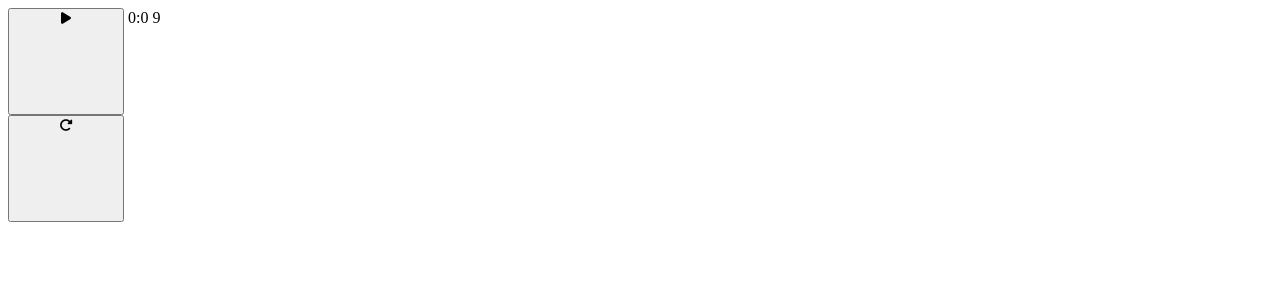
Repository: yoon-dh/JS_Prac
Page: carrot_game/index.html
An editor plug-in stored every save of this project. The page is shown before and after the next save, followed by the edit.
The browser window is 1280 px wide. The pictures show the whole page.
Some web libraries are served in a nearby version.

Above is the page before, as saved 2023-06-23 21:16:05.

### carrot_game/index.html
<!DOCTYPE html>
<html lang="en">
  <head>
    <meta charset="UTF-8" />
    <meta http-equiv="X-UA-Compatible" content="IE=edge" />
    <meta name="viewport" content="width=device-width, initial-scale=1.0" />
    <link rel="stylesheet" href="style.css" />
    <script src="main.js"></script>
    <script
      src="https://kit.fontawesome.com/c0bdee06fd.js"
      crossorigin="anonymous"
    ></script>
    <title>Carrot Game</title>
  </head>
  <body>
    <section class="game">
      <header class="game__header">
        <button class="game__button">
          <i class="fas fa-solid fa-play"></i>
        </button>
        <span class="game__tiemr">0:0</span>
        <span class="game__score">9</span>
      </header>
      <section class="game__field"></section>
    </section>
    <section class="pop-up">
      <button class="pop-up__refresh">
        <i class="fa-solid fa-rotate-right"></i>
      </button>
      <span class="pop-up__message"></span>
    </section>
  </body>
</html>

### carrot_game/style.css
/* body {
  background-color: black;
} */

.carrot_game {
  width: 100%;
  height: auto;
  background-image: url("img/background.png");
  background-size: 100% auto;
}
i {
  width: 100px;
  height: 100px;
}

Loaded but not shown: carrot_game/main.js (no stored copy; drawn as an empty file)

After the next save:
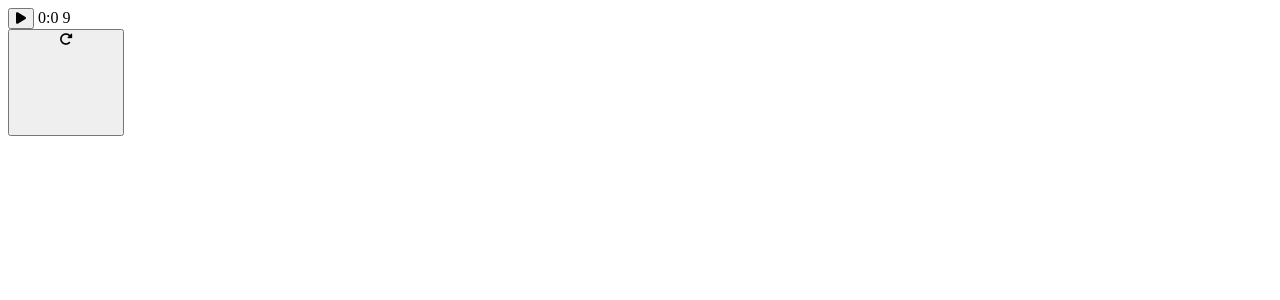
Saved 27 s later.
--- a/carrot_game/style.css
+++ b/carrot_game/style.css
@@ -8,7 +8,8 @@
   background-image: url("img/background.png");
   background-size: 100% auto;
 }
-i {
+
+.fa-rotate-right {
   width: 100px;
   height: 100px;
 }
